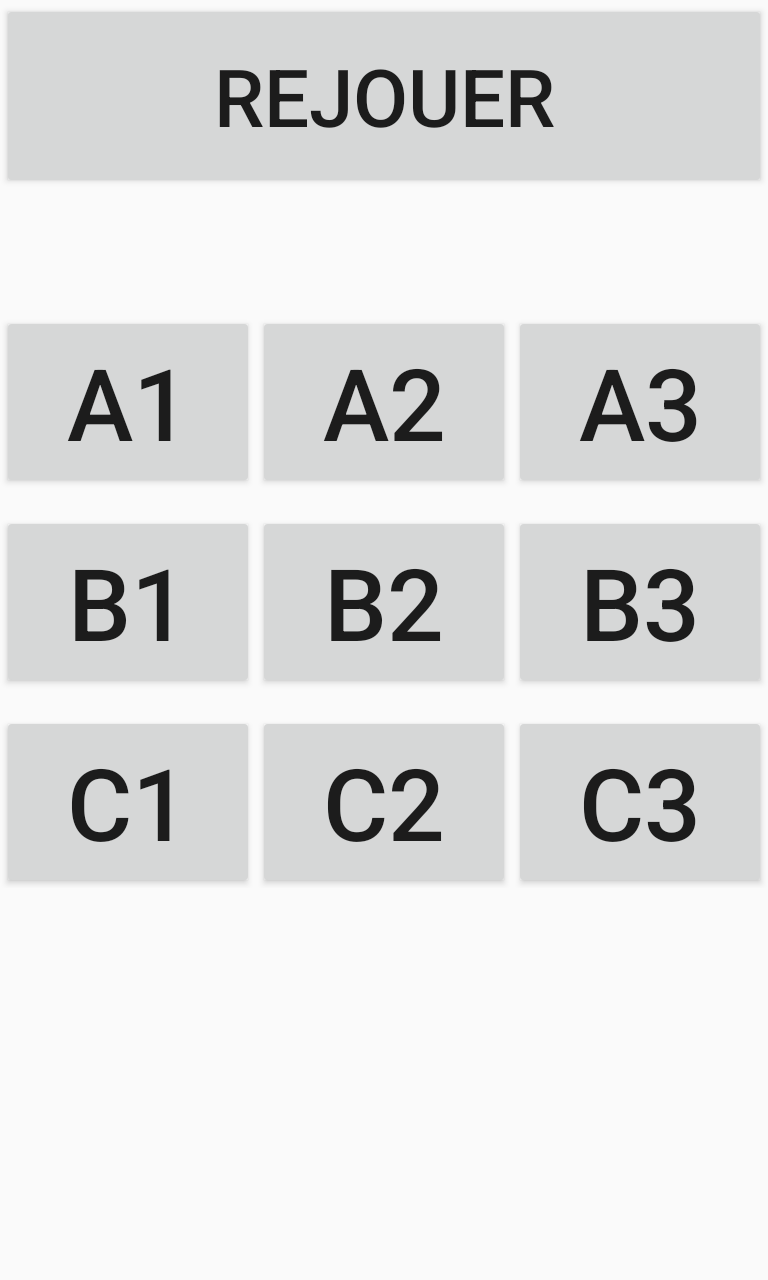
Repository: chakrinamo/Projet_S4_TicTacToe
Layout: Tic_Tac_Toe/res/layout/activity_main.xml
These files come from the project's save history. The layout is drawn as it stood at one moment and after the next save; the edit follows.
It is drawn on a 768 x 1280 px phone screen (xhdpi) without system bars, with theme AppTheme; the app's code is not run.

Above is the layout before, as saved 2015-02-21 09:59:39.

After the next save:
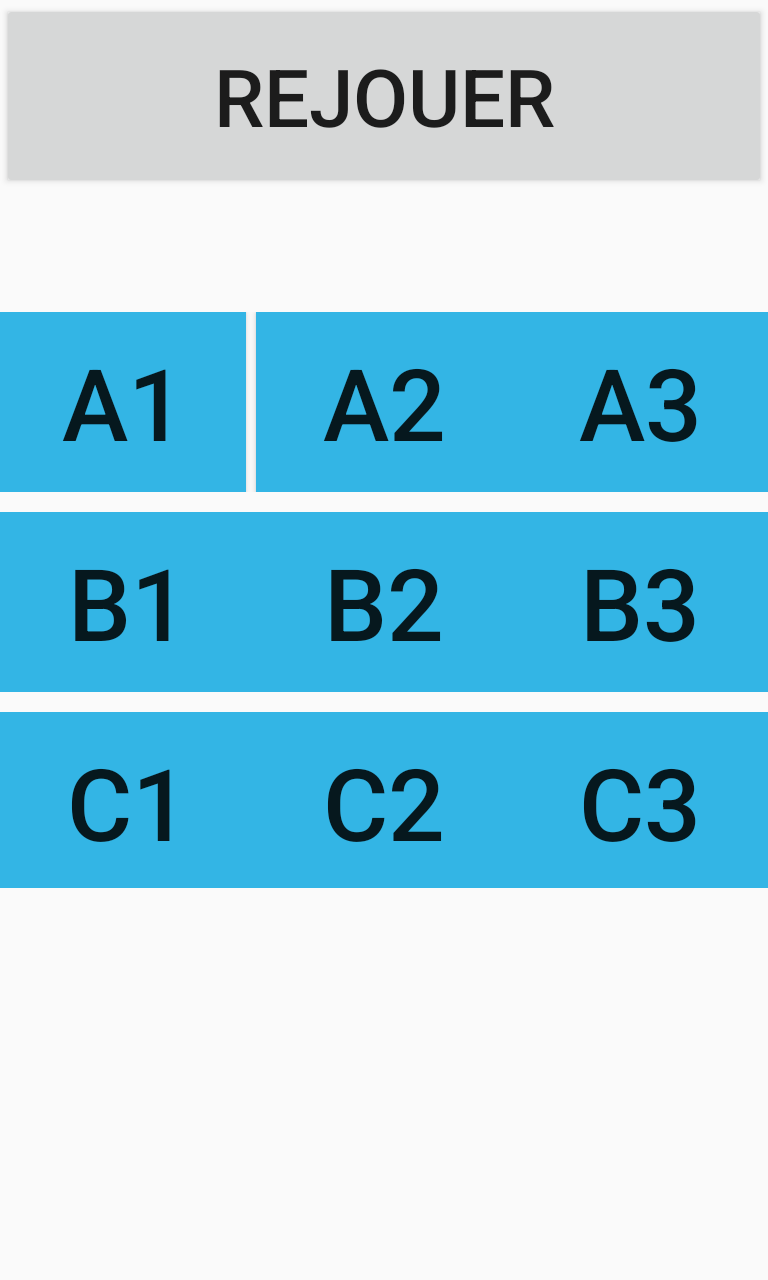
Saved 5 min 26 s later.
--- a/Tic_Tac_Toe/res/layout/activity_main.xml
+++ b/Tic_Tac_Toe/res/layout/activity_main.xml
@@ -30,9 +30,11 @@
             android:id="@+id/A1"
             android:layout_width="fill_parent"
             android:layout_height="90dp"
+            android:layout_marginRight="5dp"
             android:layout_weight="1"
+            android:background="#33b5e5"
             android:text="A1"
-            android:textSize="50"/>
+            android:textSize="50" />
 
         <Button
             android:id="@+id/A2"
@@ -40,7 +42,8 @@
             android:layout_height="90dp"
             android:layout_weight="1"
             android:text="A2"
-            android:textSize="50"/>
+            android:textSize="50"
+             android:background="#33b5e5"/>
 
         <Button
             android:id="@+id/A3"
@@ -48,7 +51,8 @@
             android:layout_height="90dp"
             android:layout_weight="1"
             android:text="A3"
-            android:textSize="50"/>
+            android:textSize="50"
+             android:background="#33b5e5"/>
     </LinearLayout>
 
     <LinearLayout
@@ -63,7 +67,8 @@
             android:layout_height="90dp"
             android:layout_weight="1"
             android:text="B1"
-            android:textSize="50"/>
+            android:textSize="50"
+             android:background="#33b5e5"/>
 
         <Button
             android:id="@+id/B2"
@@ -71,7 +76,8 @@
             android:layout_height="90dp"
             android:layout_weight="1"
             android:text="B2"
-            android:textSize="50"/>
+            android:textSize="50"
+             android:background="#33b5e5"/>
 
         <Button
             android:id="@+id/B3"
@@ -79,7 +85,8 @@
             android:layout_height="90dp"
             android:layout_weight="1"
             android:text="B3"
-            android:textSize="50"/>
+            android:textSize="50"
+             android:background="#33b5e5"/>
     </LinearLayout>
 
     <LinearLayout
@@ -94,7 +101,8 @@
             android:layout_height="90dp"
             android:layout_weight="1"
             android:text="C1"
-            android:textSize="50"/>
+            android:textSize="50"
+             android:background="#33b5e5"/>
 
         <Button
             android:id="@+id/C2"
@@ -102,7 +110,8 @@
             android:layout_height="90dp"
             android:layout_weight="1"
             android:text="C2"
-            android:textSize="50"/>
+            android:textSize="50"
+             android:background="#33b5e5"/>
 
         <Button
             android:id="@+id/C3"
@@ -110,7 +119,8 @@
             android:layout_height="90dp"
             android:layout_weight="1"
             android:text="C3"
-            android:textSize="50"/>
+            android:textSize="50"
+             android:background="#33b5e5"/>
     </LinearLayout>
 
 </LinearLayout>
